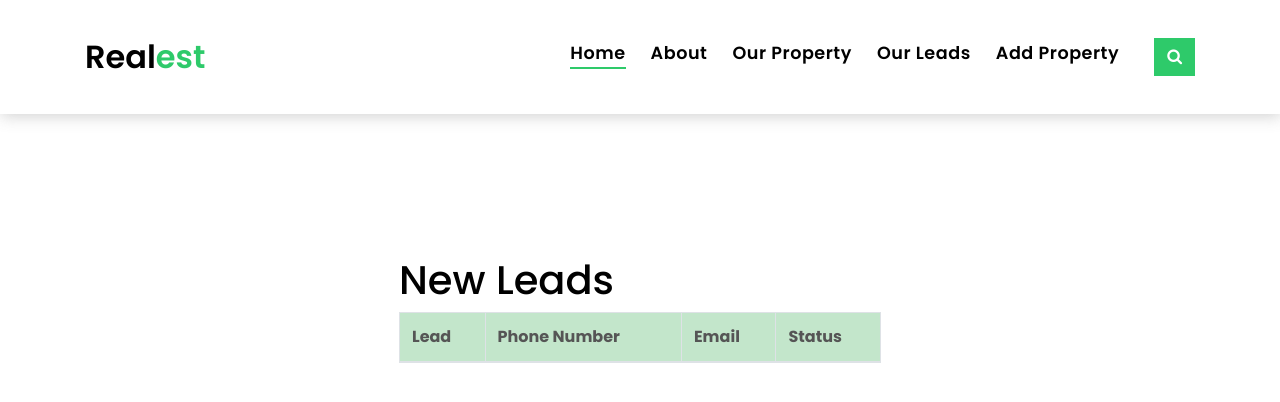
Repository: danaalhaji/realest
Page: http://localhost/realeast/WEB-INF/companyLeads.jsp
An editor plug-in stored every save of this project. The page is shown before and after the next save, followed by the edit.
The browser window is 1280 px wide. The pictures show the whole page.
The page is served by Tomcat 9. Nobody is signed in. The template is opened directly, without the code that normally fills it, so the values that code supplies are empty.

Above is the page before, as saved 2022-11-23 11:02:29.

After the next save:
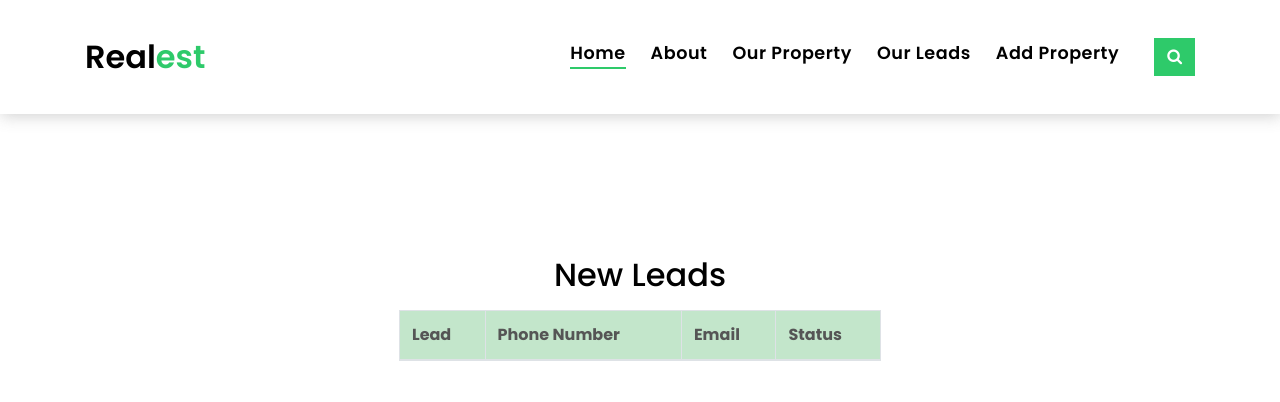
Saved 41 s later.
--- a/realeast/src/main/webapp/WEB-INF/companyLeads.jsp
+++ b/realeast/src/main/webapp/WEB-INF/companyLeads.jsp
@@ -170,7 +170,7 @@
 
 
 	<main style="margin-top: 20%; width: 40%;" class="container">
-	<h1>New Leads</h1>
+	<h2 class="mb-3 text-center" >New Leads</h2>
 		<section class="trees-users-table">
 			<table class="table table-striped table-bordered">
 				<thead>
